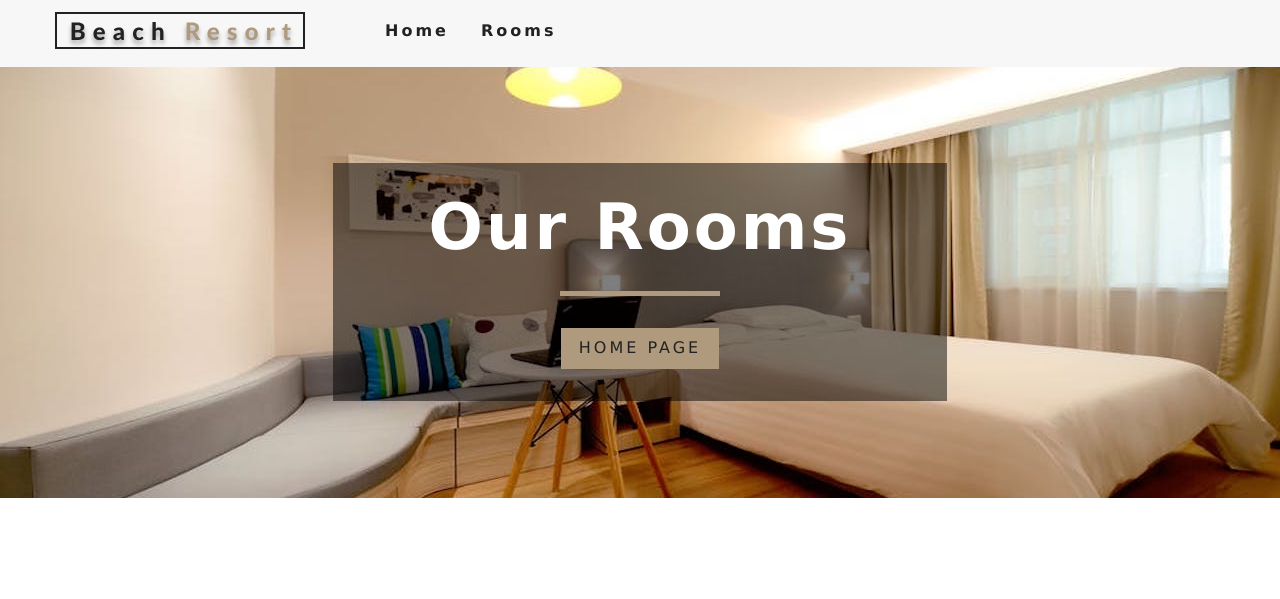
Repository: sanchit01garg/react-beachResort
Page: /rooms
The author's editor kept a copy of each file at every save. The page is drawn from the files as they stood at one save, then again after the next save.
The browser window is 1280 px wide. The pictures show the whole page.
The project was rebuilt for these pictures with package versions that can differ from the ones it lists, and the page was loaded fresh each time. Also part of the build but not shown: src/components/Title.js, src/components/Services.js, src/components/Loading.js, src/components/Room.js, src/components/FeaturedRooms.js, src/pages/Home.js, src/pages/Error.js, src/components/StyledHero.js and 1 more.

Above is the page before, as saved 2021-01-08 11:43:12.

### src/index.js
import React from "react";
import ReactDOM from "react-dom";
// import './index.css';
import { BrowserRouter as Router } from "react-router-dom";
import App from "./App";
import reportWebVitals from "./reportWebVitals";
import { RoomProvider } from "./Context";

ReactDOM.render(
  <RoomProvider>
    <Router>
      <App />
    </Router>
  </RoomProvider>,
  document.getElementById("root")
);

// If you want to start measuring performance in your app, pass a function
// to log results (for example: reportWebVitals(console.log))
// or send to an analytics endpoint. Learn more: https://bit.ly/CRA-vitals
reportWebVitals();

### src/App.js
import React from "react";
import "./App.css";
import { Route, Switch } from "react-router-dom";
import Home from "./pages/Home";
import Error from "./pages/Error";
import Rooms from "./pages/Rooms";
import SingleRoom from "./pages/SingleRoom";

import Navbar from "./components/Navbar";

function App() {
  return (
    <>
      <Navbar />
      <Switch>
        <Route exact path="/" component={Home} />
        <Route exact path="/rooms/" component={Rooms} />
        <Route exact path="/rooms/:slug" component={SingleRoom} />
        <Route component={Error} />
      </Switch>
    </>
  );
}

export default App;

### src/Context.js
import React, { Component } from "react";
import items from "./data";

const RoomContext = React.createContext();

class RoomProvider extends Component {
  state = {
    rooms: [],
    sortedRooms: [],
    featuredRooms: [],
    loading: true,
  };

  componentDidMount() {
    let rooms = this.formatData(items);
    let featuredRooms = rooms.filter((room) => room.featured === true);
    this.setState({
      rooms,
      featuredRooms,
      sortedRooms: rooms,
      loading: false,
    });
  }

  formatData(items) {
    let tempItems = items.map((item) => {
      let id = item.sys.id;
      let images = item.fields.images.map((image) => image.fields.file.url);

      let room = { ...item.fields, images, id };
      return room;
    });
    return tempItems;
  }

  getRoom = (slug) => {
    let tempRooms = [...this.state.rooms];
    const room = tempRooms.find((room) => room.slug === slug);
    return room;
  };

  render() {
    return (
      <RoomContext.Provider value={{ ...this.state, getRoom: this.getRoom }}>
        {this.props.children}
      </RoomContext.Provider>
    );
  }
}

const RoomConsumer = RoomContext.Consumer;
export { RoomProvider, RoomConsumer, RoomContext };

### src/App.css
* {
  margin: 0;
  padding: 0;
  box-sizing: border-box;
}
:root {
  --primaryColor: #af9a7d;
  --mainWhite: #fff;
  --offWhite: #f7f7f7;
  --mainBlack: #222;
  --mainGrey: #ececec;
  --darkGrey: #cfcfcf;
  --mainTransition: all 0.3s linear;
  --mainSpacing: 3px;
  --lightShadow: 2px 5px 3px 0px rgba(0, 0, 0, 0.5);
  --darkShadow: 4px 10px 5px 0px rgba(0, 0, 0, 0.5);
}
/* globals */
body {
  padding-top: 66px;
  color: var(--mainBlack);
  background: var(--mainWhite);
  font-family: Verdana, Geneva, Tahoma, sans-serif;
  line-height: 1.4;
}
h1 {
  font-size: 3em;
  line-height: 1;
  margin-bottom: 0.5em;
}
h2 {
  font-size: 2em;
  margin-bottom: 0.75em;
}
h3 {
  font-size: 1.5em;
  line-height: 1;
  margin-bottom: 1em;
}
h4 {
  font-size: 1.2em;
  line-height: 1.25;
  margin-bottom: 1.25em;
}
h5 {
  font-size: 1em;
  font-weight: bold;
  margin-bottom: 1.5em;
}
h6 {
  font-size: 1em;
  font-weight: bold;
  margin-bottom: 1.5em;
}

.btn-primary {
  display: inline-block;
  text-decoration: none;
  letter-spacing: var(--mainSpacing);
  color: var(--mainBlack);
  background: var(--primaryColor);
  padding: 0.4rem 0.9rem;
  border: 3px solid var(--primaryColor);
  transition: var(--mainTransition);
  text-transform: uppercase;
  cursor: pointer;
}
.btn-primary:hover {
  background: transparent;
  color: var(--primaryColor);
}
.loading {
  text-transform: capitalize;
  text-align: center;
  margin-top: 3rem;
}
.error {
  text-align: center;
  text-transform: uppercase;
  margin: 2rem 0;
}
.empty-search {
  text-align: center;
  text-transform: capitalize;
  margin: 2rem 0;
  padding: 1rem;
  letter-spacing: var(--mainSpacing);
}
/* end of globals */
/* Navbar */
.navbar {
  position: fixed;
  top: 0;
  left: 0;
  width: 100%;
  padding: 0.75rem 2rem;
  background: var(--offWhite);
  z-index: 1;
}
.nav-header {
  display: flex;
  justify-content: space-between;
}
.nav-btn {
  background: transparent;
  border: none;
  cursor: pointer;
  outline: none;
}
.nav-icon {
  font-size: 1.5rem;
  color: var(--primaryColor);
}
.nav-links {
  height: 0;
  overflow: hidden;
  transition: var(--mainTransition);
  list-style-type: none;
}
.nav-links a {
  display: block;
  text-decoration: none;
  padding: 1rem 0;
  color: var(--mainBlack);
  transition: var(--mainTransition);
  text-align: center;
  font-size: 1rem;
  font-weight: 600;
  letter-spacing: var(--mainSpacing);
}
.nav-links a:hover {
  color: var(--primaryColor);
}

.show-nav {
  height: 100px;
}
@media screen and (min-width: 768px) {
  .nav-btn {
    display: none;
  }
  .nav-center {
    max-width: 1170px;
    margin: 0 auto;
    display: flex;
  }
  .nav-links {
    height: auto;
    display: flex;
    margin-left: 4rem;
  }
  .nav-links a {
    margin: 0 1rem;
    padding: 0.5rem 0;
  }
}
/* end of navbar */
/* Hero */
.defaultHero,
.roomsHero {
  min-height: calc(100vh - 66px);
  background: url("./images/defaultBcg.jpeg") center/cover no-repeat;
  display: flex;
  align-items: center;
  justify-content: center;
}
.roomsHero {
  background-image: url("./images/room-2.jpeg");
  min-height: 60vh;
}
/* End of Hero */
/* Banner */
.banner {
  display: inline-block;
  background: rgba(0, 0, 0, 0.5);
  color: var(--mainWhite);
  padding: 2rem 1rem;
  text-align: center;
  text-transform: capitalize;
  letter-spacing: var(--mainSpacing);
}
.banner h1 {
  font-size: 2.5rem;
}
.banner div {
  width: 10rem;
  height: 5px;
  background: var(--primaryColor);
  margin: 1.7rem auto;
}
.banner p {
  font-size: 1.2rem;
  margin-bottom: 2rem;
}
@media screen and (min-width: 576px) {
  .banner {
    padding: 2rem 3rem;
  }
  .banner h1 {
    font-size: 3rem;
  }
}
@media screen and (min-width: 992px) {
  .banner {
    padding: 2rem 6rem;
  }
  .banner h1 {
    font-size: 4rem;
  }
}
/* End of Banner */
/* Title */
.section-title {
  text-align: center;
  margin-bottom: 4rem;
}
.section-title h4 {
  font-size: 2rem;
  letter-spacing: var(--mainSpacing);
  text-transform: capitalize;
  margin-bottom: 1rem;
}
.section-title div {
  width: 5rem;
  height: 5px;
  margin: 0 auto;
  background: var(--primaryColor);
}
/* end of Title */

/* services */
.services {
  padding: 5rem 0;
}
.services {
  background: var(--darkGrey);
  text-align: center;
}
.services-center {
  width: 90vw;
  margin: 0 auto;
  display: grid;
  grid-template-columns: repeat(auto-fit, minmax(255px, 1fr));
  grid-row-gap: 2rem;
  grid-column-gap: 50px;
}
.service span {
  display: inline-block;
  color: var(--primaryColor);
  font-size: 2.5rem;
  margin-bottom: 1.5rem;
}
.services h6 {
  letter-spacing: var(--mainSpacing);
}
.services p {
  width: 80%;
  margin: 0 auto;
}
@media screen and (min-width: 992px) {
  .services-center {
    width: 95vw;
    max-width: 1170px;
  }
}

@media screen and (min-width: 1200px) {
  .services p {
    width: 100%;
  }
}
/*end of services */
/* featured rooms */

.featured-rooms {
  padding: 5rem 0;
}
.featured-rooms-center {
  width: 80vw;
  margin: 0 auto;
  display: grid;
  grid-template-columns: repeat(auto-fit, minmax(270px, 1fr));
  grid-row-gap: 2rem;
  grid-column-gap: 40px;
}
@media screen and (min-width: 776px) {
  .featured-rooms-center {
    width: 90vw;
    grid-template-columns: repeat(auto-fit, minmax(330px, 1fr));
  }
}
@media screen and (min-width: 992px) {
  .featured-rooms-center {
    width: 95vw;
    max-width: 1170px;
  }
}
/* end pf featured rooms */
/* room */
.room {
  box-shadow: var(--lightShadow);
  transition: var(--mainTransition);
}
.room:hover {
  box-shadow: var(--darkShadow);
}

.img-container {
  position: relative;
}
.img-container img {
  width: 100%;
  display: block;
  transition: var(--mainTransition);
}
.price-top {
  position: absolute;
  top: 0;
  left: 0;
  background: rgba(0, 0, 0, 0.8);
  color: var(--mainWhite);
  padding: 0.3rem 0.6rem 0.5rem;
  border-bottom-right-radius: 1rem;
  font-size: 0.5rem;
  text-align: center;
  transition: var(--mainTransition);
}
.price-top h6 {
  margin-bottom: 0;
  font-size: 0.9rem;
  font-weight: 300;
  letter-spacing: var(--mainSpacing);
}
.room-link {
  position: absolute;
  top: 50%;
  left: 50%;
  transform: scale(0);
  transition: all 0.3s linear;
}
.img-container:hover {
  background: rgba(0, 0, 0, 0.8);
}
.img-container:hover img {
  opacity: 0.3;
}
.img-container:hover .price-top {
  opacity: 0;
}
.img-container:hover .room-link {
  transform: translate(-50%, -50%) scale(1);
}
.room-info {
  background: var(--darkGrey);
  text-transform: capitalize;
  padding: 0.5rem 0;
  text-align: center;
  font-weight: 700;
  letter-spacing: var(--mainSpacing);
}
/* end of room  */
/* single room*/

.single-room {
  padding: 5rem 0 0 0;
}
.single-room-images {
  width: 80vw;
  margin: 0 auto;
  display: grid;
  grid-template-columns: repeat(auto-fit, minmax(350px, 1fr));
  grid-row-gap: 2rem;
  grid-column-gap: 50px;
}
.single-room-images img {
  width: 100%;
  display: block;
}
.single-room-info {
  width: 80vw;
  display: grid;
  grid-template-columns: 1fr;
  margin: 2rem auto;
}
.desc,
.info {
  margin: 1rem 0;
}
.desc h3 {
  text-transform: capitalize;
  letter-spacing: var(--mainSpacing);
}
.desc p {
  line-height: 1.5;
}
.info h3,
.info h6 {
  text-transform: capitalize;
  letter-spacing: var(--mainSpacing);
}

.info h6 {
  font-weight: 300;
}
.room-extras {
  width: 80vw;
  margin: 0 auto 3rem auto;
}
.room-extras h6 {
  text-transform: capitalize;
  letter-spacing: var(--mainSpacing);
}
.extras {
  list-style-type: none;
  display: grid;
  grid-template-columns: repeat(auto-fit, minmax(330px, 1fr));
  grid-column-gap: 2rem;
  grid-row-gap: 1rem;
}
@media screen and (min-width: 992px) {
  .single-room-images,
  .single-room-info,
  .room-extras {
    width: 95vw;
    max-width: 1170px;
  }
  .single-room-info {
    display: grid;
    grid-template-columns: 1fr 1fr;
    grid-column-gap: 2rem;
  }
  .info {
    padding-left: 3rem;
  }
}
/* end of single room*/
/* roomlist */
.roomslist {
  padding: 5rem 0;
}
.roomslist-center {
  width: 80vw;
  margin: 0 auto;
  display: grid;
  grid-template-columns: repeat(auto-fill, minmax(270px, 1fr));
  grid-row-gap: 2rem;
  grid-column-gap: 30px;
}

@media screen and (min-width: 776px) {
  .roomslist-center {
    width: 90vw;
  }
}
@media screen and (min-width: 992px) {
  .roomslist-center {
    width: 95vw;
    max-width: 1170px;
  }
}
/* end of roomlist */
/*  rooms fitler*/
.filter-container {
  padding: 5rem 0;
}
.filter-form {
  width: 60vw;
  margin: 0 auto;
  display: grid;
  grid-template-columns: repeat(auto-fit, minmax(202px, 1fr));
  grid-row-gap: 2rem;
  grid-column-gap: 40px;
}
.form-group {
  text-transform: capitalize;
}
.form-group label {
  display: block;
  letter-spacing: var(--mainSpacing);
  margin-bottom: 0.5rem;
}
.form-control {
  width: 100%;
  background: transparent;
  font-size: 1rem;
}
.size-inputs {
  display: flex;
}
.size-input {
  width: 40%;
  padding: 0.2rem;
  border: 1px solid var(--mainBlack);
  border-radius: 0.3rem;
  margin-right: 0.3rem;
}
.single-extra label {
  display: inline-block;
  font-size: 0.8rem;
  margin-left: 0.5rem;
}
@media screen and (min-width: 776px) {
  .filter-form {
    width: 70vw;
  }
}
@media screen and (min-width: 992px) {
  .filter-form {
    width: 95vw;
    max-width: 1170px;
  }
}

### src/pages/Rooms.js
import React from "react";
import { Link } from "react-router-dom";
import Hero from "../components/Hero";
import Banner from "../components/Banner";
import RoomsContainer from "../components/RoomsContainer";

export default function Rooms() {
  return (
    <Hero hero="roomsHero">
      <Banner title="Our Rooms">
        <Link to="/" className="btn-primary">
          Home Page
        </Link>
      </Banner>
    </Hero>
  );
}

### src/components/Navbar.js
import React, { Component } from "react";
import logo from "../images/logo.svg";
import { FaAlignRight } from "react-icons/fa";
import { Link } from "react-router-dom";

export default class Navbar extends Component {
  state = {
    isOpen: false,
  };
  handleToggle = () => {
    this.setState({ isOpen: !this.state.isOpen });
  };
  render() {
    return (
      <nav className="navbar">
        <div className="nav-center">
          <div className="nav-header">
            <Link to="/">
              <img src={logo} alt="Beach Resort" />
            </Link>
            <button
              type="button"
              className="nav-btn"
              onClick={this.handleToggle}
            >
              <FaAlignRight className="nav-icon" />
            </button>
          </div>
          <ul
            className={this.state.isOpen ? "nav-links show-nav" : "nav-links"}
          >
            <li>
              <Link to="/">Home</Link>
            </li>
            <li>
              <Link to="/rooms">Rooms</Link>
            </li>
          </ul>
        </div>
      </nav>
    );
  }
}

### src/components/RoomsContainer.js
import React from "react";
import RoomsFilter from "./RoomsFilter";
import RoomsList from "./RoomsList";

export default function RoomsContainer() {
  return (
    <div>
      Hello
      <RoomsFilter />
      <RoomsList />
    </div>
  );
}

### src/components/RoomsFilter.js
import React from "react";

export default function RoomsFilter() {
  return <div>filter</div>;
}

### src/components/RoomsList.js
import React from "react";

export default function RoomsList() {
  return <div>list</div>;
}

Loaded but not shown: public/index.html (common file); src/reportWebVitals.js (common file); src/components/Hero.js (common file); src/components/Banner.js (common file); src/data.js (760 lines, source omitted)

After the next save:
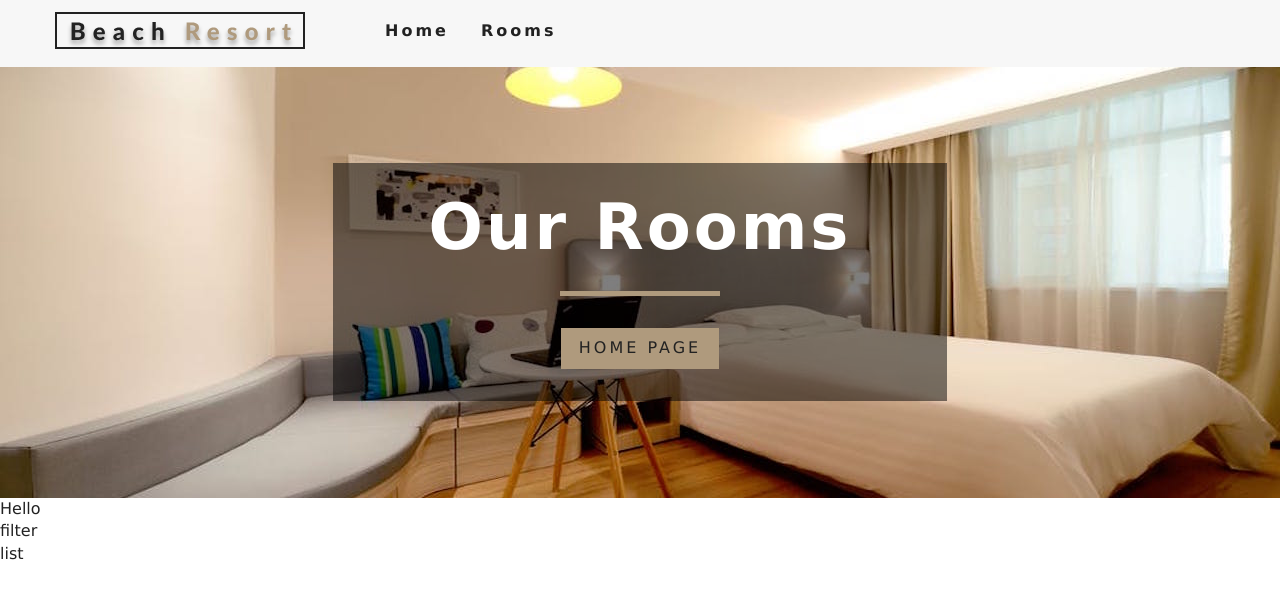
Saved 105 s later.
--- a/src/pages/Rooms.js
+++ b/src/pages/Rooms.js
@@ -6,12 +6,15 @@ import RoomsContainer from "../components/RoomsContainer";
 
 export default function Rooms() {
   return (
-    <Hero hero="roomsHero">
-      <Banner title="Our Rooms">
-        <Link to="/" className="btn-primary">
-          Home Page
-        </Link>
-      </Banner>
-    </Hero>
+    <>
+      <Hero hero="roomsHero">
+        <Banner title="Our Rooms">
+          <Link to="/" className="btn-primary">
+            Home Page
+          </Link>
+        </Banner>
+      </Hero>
+      <RoomsContainer />
+    </>
   );
 }
